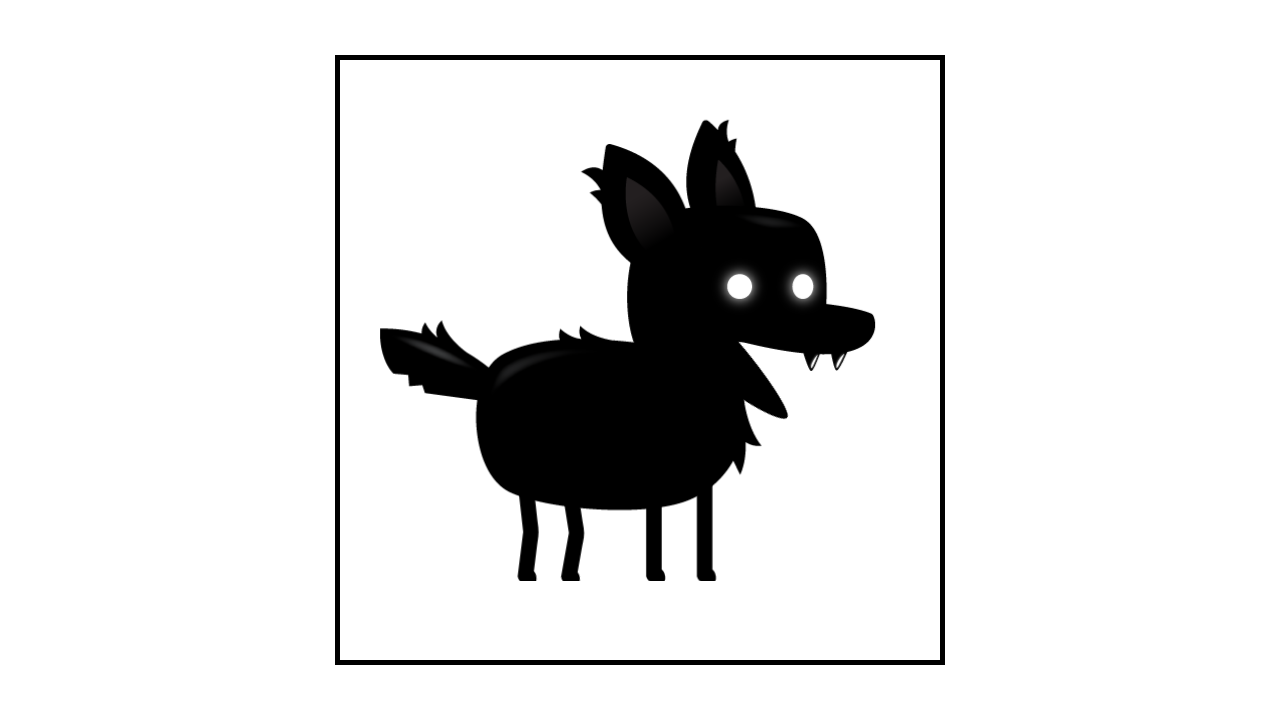
Repository: vasucp1207/sprite-animation
Page: index.html
These files come from the project's save history. The page is drawn as it stood at one moment and after the next save; the edit follows.
The browser window is 1280 px wide. The pictures show the whole page.

Above is the page before, as saved 2022-08-24 22:53:55.

### index.html
<!DOCTYPE html>
<html lang="en">
<head>
    <meta charset="UTF-8">
    <meta http-equiv="X-UA-Compatible" content="IE=edge">
    <meta name="viewport" content="width=device-width, initial-scale=1.0">
    <title>Document</title>
    <link rel="stylesheet" href="style.css">
</head>
<body>

    <canvas id="canvas1"></canvas>

    <script src="script.js"></script>
</body>
</html>

### style.css
#canvas1{
    border: 5px solid black;
    position: absolute;
    top: 50%;
    left: 50%;
    transform: translate(-50%, -50%);
}

### script.js
const canvas = document.getElementById('canvas1')
const ctx = canvas.getContext('2d')

const width = canvas.width = 600
const height = canvas.height = 600

const playerImage = new Image()
playerImage.src = './shadow_dog.png'

const spriteWidth = 575
const spriteHeight = 523
let frameX = 0
let frameY = 0
let gameFrame = 0
let staggerFrames = 5
const spriteAnimations = []
const animationStates = [
    {
        name: "idle",
        frames: 7
    },
    {

    }
]

function animate(){
    ctx.clearRect(0, 0, width, height)
    let position = Math.floor(gameFrame / staggerFrames) % 6
    frameX = spriteWidth * position
    ctx.drawImage(playerImage, frameX, frameY * spriteHeight, spriteWidth, spriteHeight, 0, 0, spriteWidth, spriteHeight)
    // if(gameFrame % staggerFrames == 0){
    //     if(frameX < 6) frameX++
    //     else frameX = 0
    // }

    gameFrame++
    requestAnimationFrame(animate)
}

animate()

After the next save:
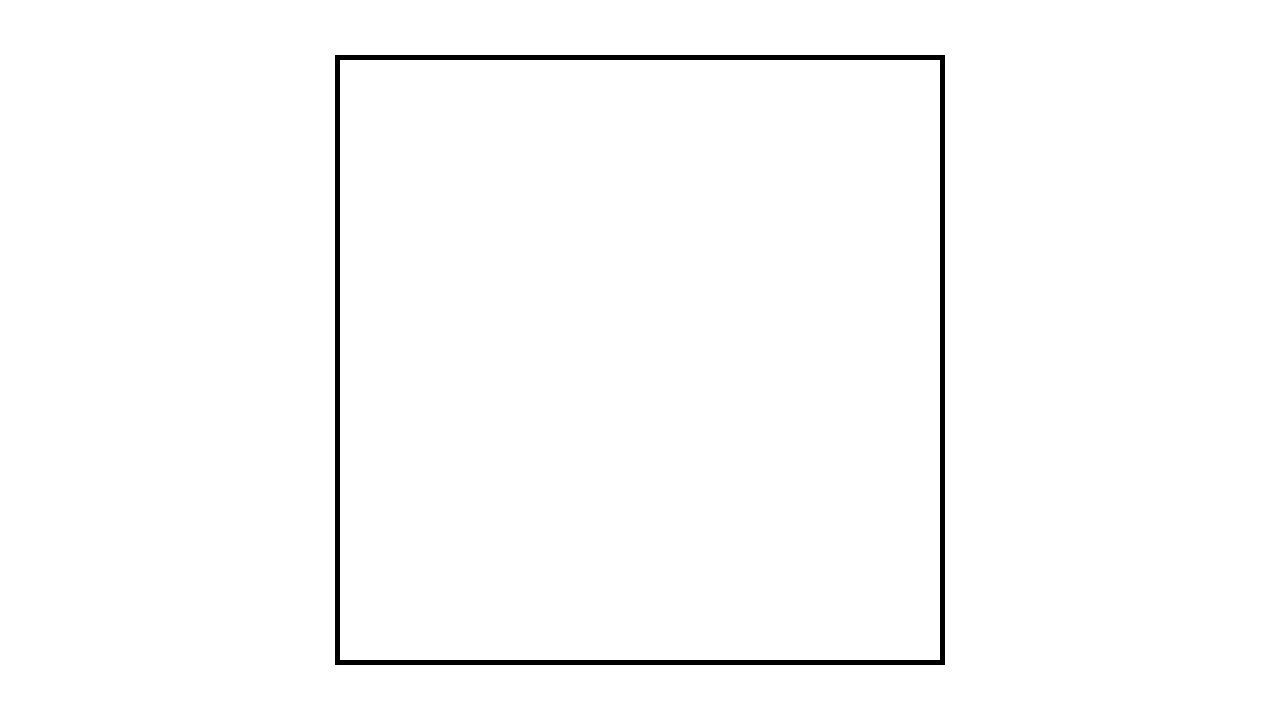
Console error: ReferenceError: fra is not defined
Saved 6 s later.
--- a/script.js
+++ b/script.js
@@ -20,7 +20,8 @@
         frames: 7
     },
     {
-
+        name: "jump",
+        fra
     }
 ]
 

After the 2 saves that followed:
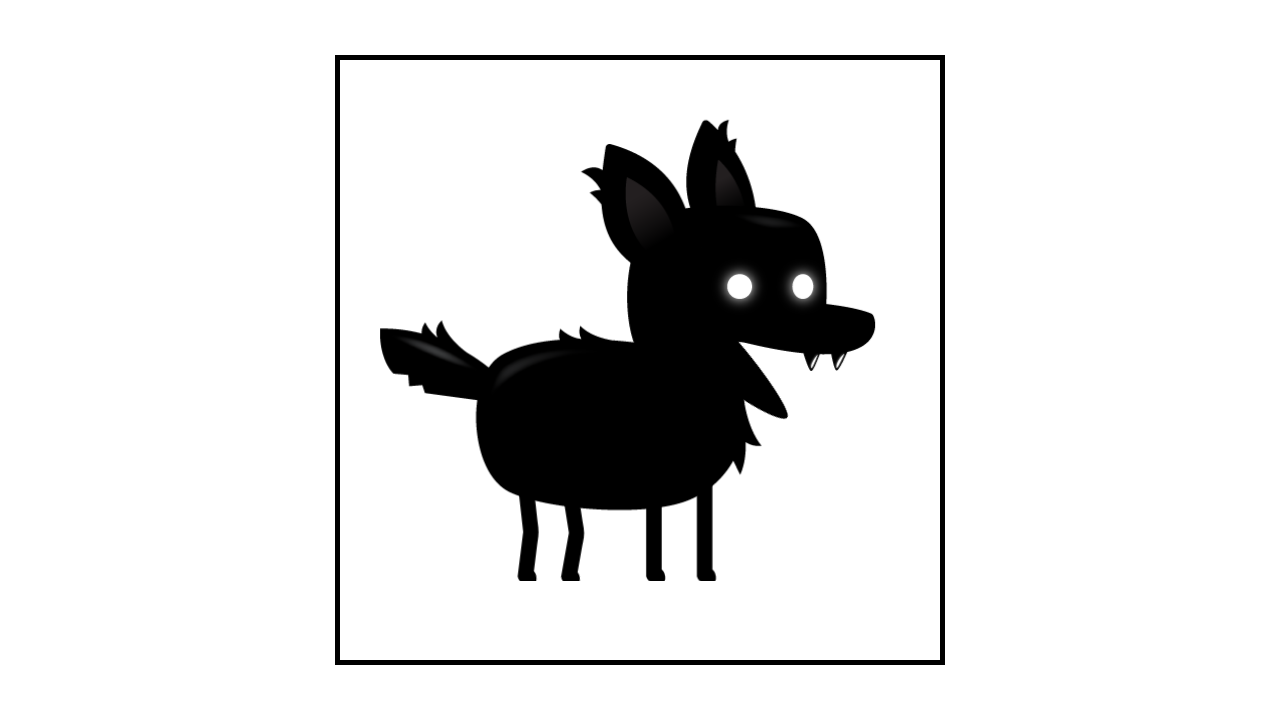
The error is gone.
The 2 saves are shown as one change because they came seconds apart.
The last was saved 7 s later.
--- a/script.js
+++ b/script.js
@@ -21,7 +21,7 @@
     },
     {
         name: "jump",
-        fra
+        frames: 7
     }
 ]
 
